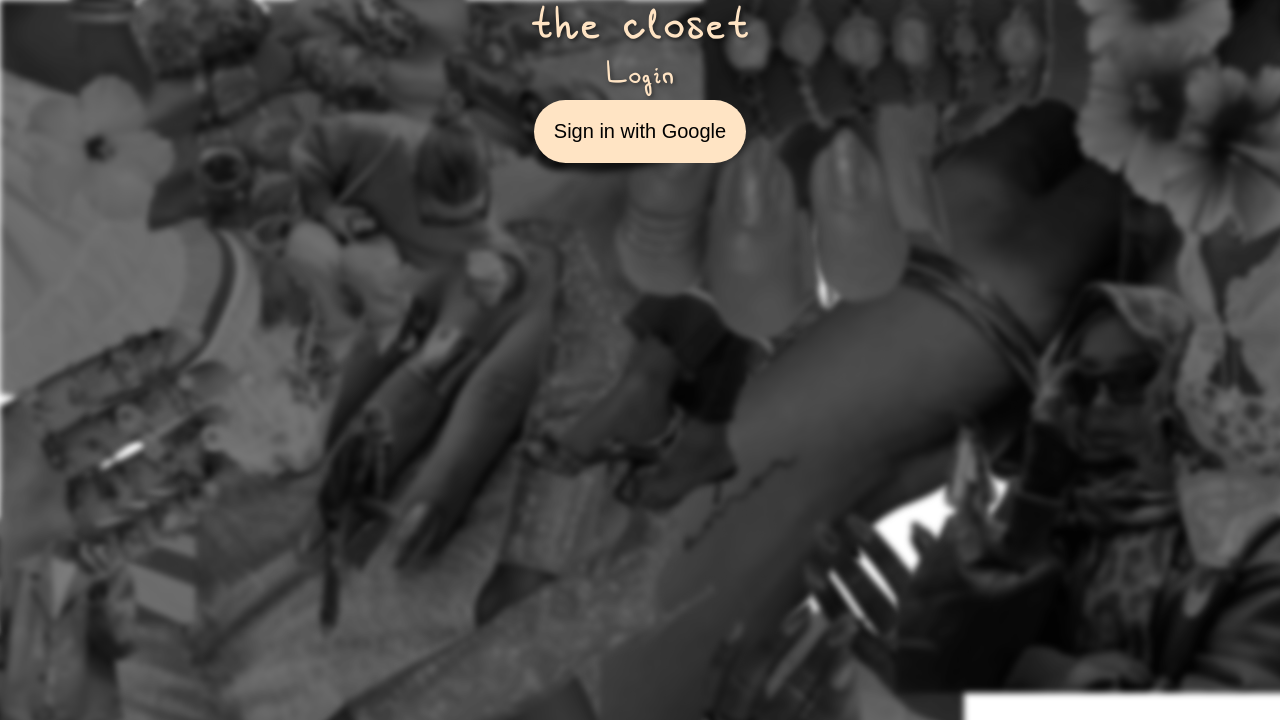
Repository: karla-sikavica/theCloset
Page: / (app in frontend/)
An editor plug-in stored every save of this project. The page is shown before and after the next save, followed by the edit.
The browser window is 1280 px wide. The pictures show the whole page.
The project was rebuilt for these pictures with package versions that can differ from the ones it lists, and the page was loaded fresh each time. Also part of the build but not shown: frontend/vite.config.ts.

Above is the page before, as saved 2025-03-29 16:31:04.

After the next save:
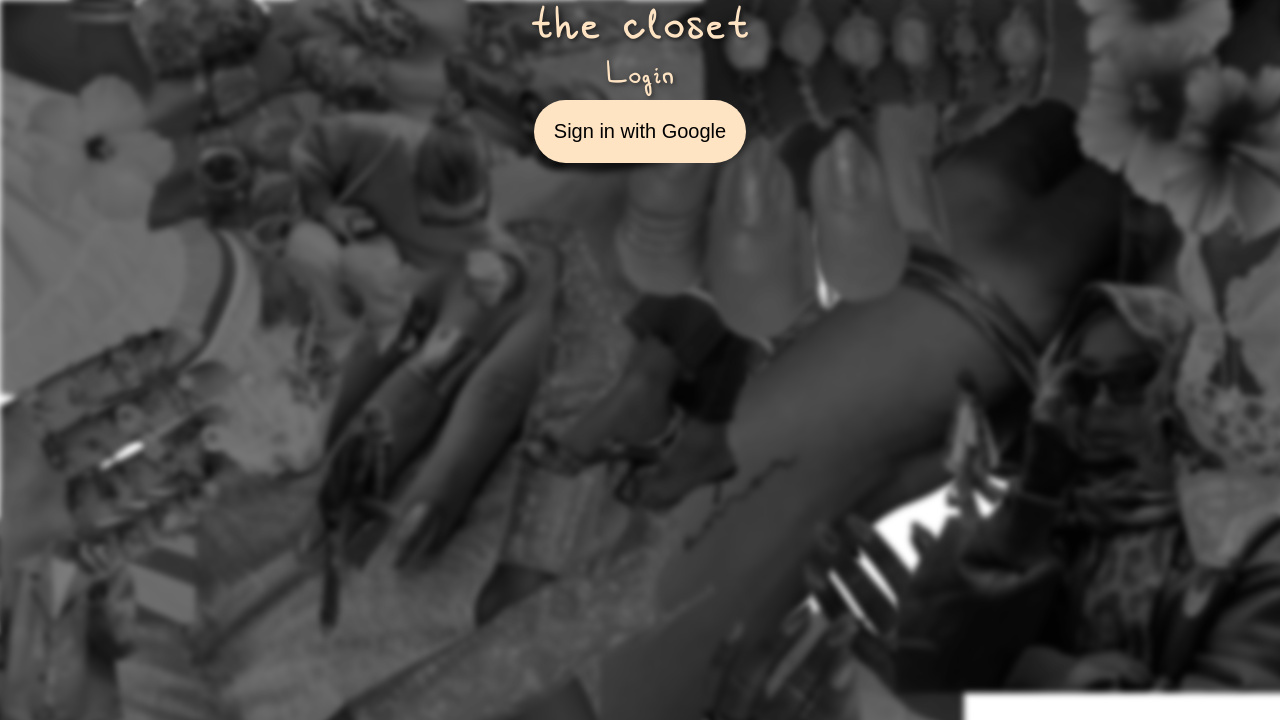
Saved 8 s later.
--- a/frontend/src/components/ui/Collage.tsx
+++ b/frontend/src/components/ui/Collage.tsx
@@ -127,7 +127,7 @@
   },
   {
     src: "/images/photo%20(15).png",
-    top: "50%",
+    top: "45%",
     left: "70%",
     width: "170px",
     rotate: "-8deg",
